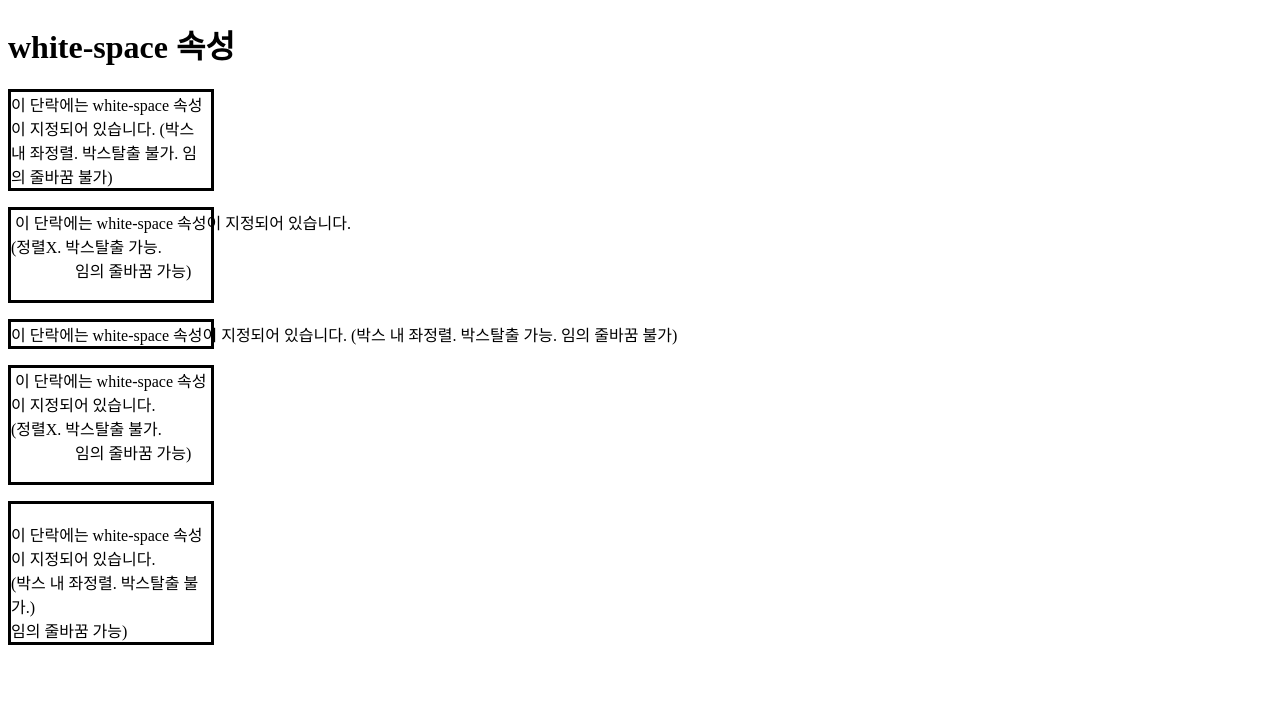
Repository: cussip/SuperHands
Page: WebExam/src/main/webapp/css/fonts/text/white-space.html
The author's editor kept a copy of each file at every save. The page is drawn from the files as they stood at one save, then again after the next save.
The browser window is 1280 px wide. The pictures show the whole page.

Above is the page before, as saved 2022-01-31 05:06:29.

After the next save:
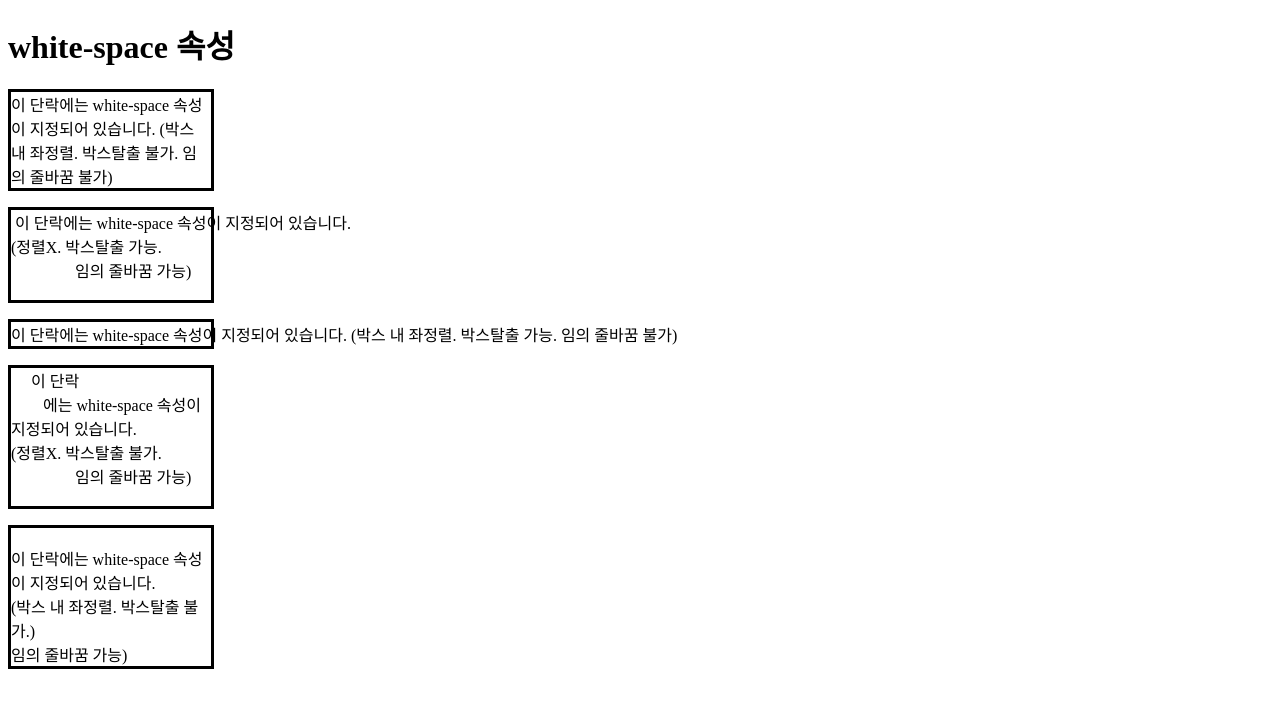
Saved 2 min 45 s later.
--- a/WebExam/src/main/webapp/css/fonts/text/white-space.html
+++ b/WebExam/src/main/webapp/css/fonts/text/white-space.html
@@ -17,6 +17,10 @@
 </head>
 <body>
 	<!-- 텍스트의 공백과 줄바꿈의 처리 방법을 지정한다. -->
+	<!-- pre: 줄바꿈 및 공백을 자유롭게 설정
+		wrap: 박스 내 귀속
+		pre-warp: 줄바꿈 및 공백을 자유롭게 지정할 수 있으나 박스 내 귀속
+		nowrap: 박스에 귀속되지 않음-->
 	<h1>white-space 속성</h1>
 	<p class="normal">
 		이 단락에는 white-space 속성이 지정되어 있습니다.
@@ -31,7 +35,8 @@
 		(박스 내 좌정렬. 박스탈출 가능.
 		임의 줄바꿈 불가)
 	</p>
-	<p class="pre-wrap"> 이 단락에는 white-space 속성이 지정되어 있습니다.
+	<p class="pre-wrap">     이 단락
+	에는 white-space 속성이 지정되어 있습니다.
 (정렬X. 박스탈출 불가.
 		임의 줄바꿈 가능)
 	</p>
